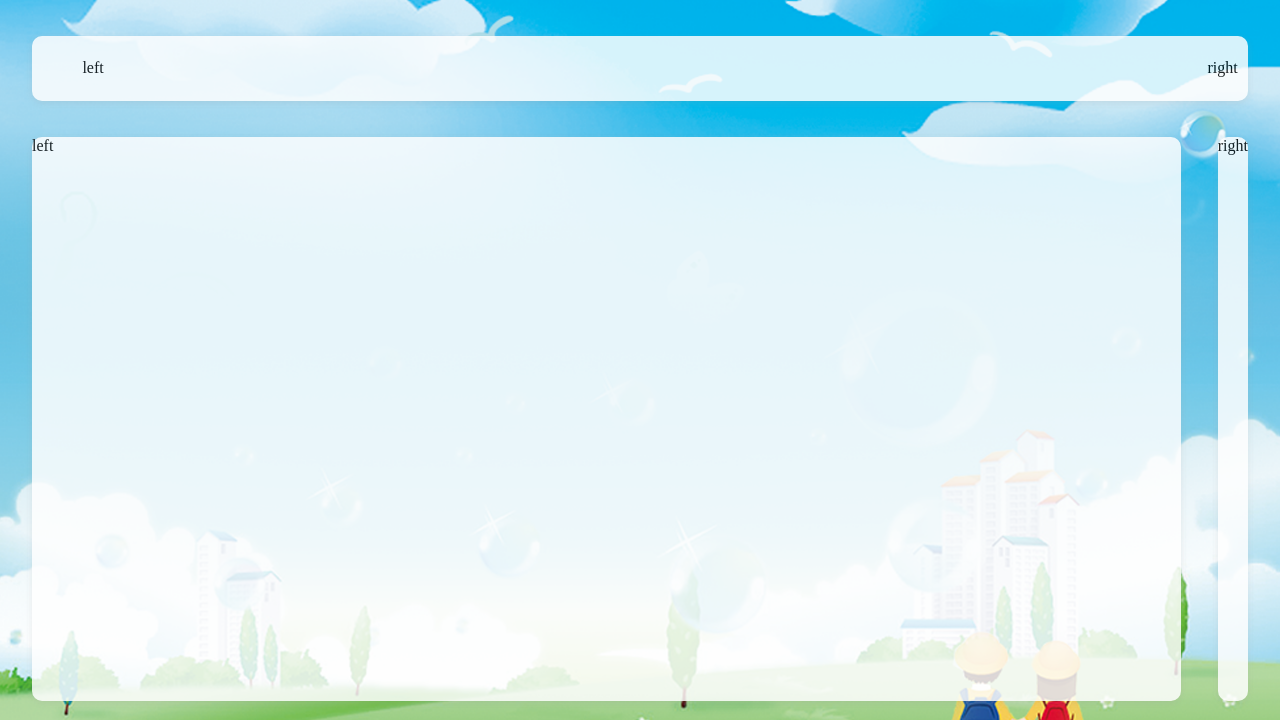
Repository: huangdesheng/classBrand
Page: / (app in classBrand/)
These files come from the project's save history. The page is drawn as it stood at one moment and after the next save; the edit follows.
The browser window is 1280 px wide. The pictures show the whole page.
The project was rebuilt for these pictures with package versions that can differ from the ones it lists, and the page was loaded fresh each time.

Above is the page before, as saved 2019-08-23 09:54:00.

### classBrand/index.html
<!DOCTYPE html>
<html>
  <head>
    <meta charset="utf-8">
    <meta name="viewport" content="width=device-width,initial-scale=1.0">
    <title>classbrand</title>
  </head>
  <body>
    <div id="app"></div>
    <!-- built files will be auto injected -->
  </body>
</html>

### classBrand/src/App.vue
<template>
  <div id="app">
    <router-view />
  </div>
</template>

<script>
export default {
  name: "App"
};
</script>

<style lang="less">
.bt {
  width: 100vw;
  height: 100vh;
  background: url(./assets/bg/bg.png);
  background-size: 100% 100%;
  background-repeat: no-repeat;
  background-position: center;
  position: fixed;
  left: 0;
  top: 0;
  display: flex;
  justify-content: center;
  align-items: center;
}
#app {
  .bt;
}
</style>

### classBrand/src/router/index.js
import Vue from 'vue'
import Router from 'vue-router'
import index from '@/views/index'

Vue.use(Router)

export default new Router({
  routes: [{
    path: '/',
    name: 'index',
    component: index
  }]
})

### classBrand/src/views/index/index.vue
<template>
  <div id="index">
    <header>
      <ul>
        <li>left</li>
        <li>right</li>
      </ul>
    </header>
    <section>
      <aside>left</aside>
      <aside>right</aside>
    </section>
  </div>
</template>

<script>
export default {};
</script>

<style lang="less" scoped>
.bt {
  background: rgba(255, 255, 255, 1);
  box-shadow: 0px 2px 7px 0px rgba(161, 157, 157, 0.23);
  opacity: 0.84;
  border-radius: 10px;
}
.flex {
  display: flex;
  justify-content: space-between;
  align-items: center;
}
#index {
  width: 95%;
  height: 90%;
  header {
    .bt;
    height: 10%;
    width: 100%;
    > ul {
      list-style: none;
      width: 95%;
      height: 100%;
      margin: 0 auto;
      display: flex;
      justify-content: space-between;
      align-items: center;
    }
  }
  section {
    .flex;
    width: 100%;
    margin-top: 3%;
    height: 87%;
    aside {
      .bt;
      height: 100%;

      &:nth-of-type(1) {
        width: 40%;
        margin-right: 3%;
      }
      &:nth-of-type(1) {
        flex: 1;
        margin-right: 3%;
      }
    }
  }
}
</style>

Loaded but not shown: classBrand/src/main.js (common file)

After the next save:
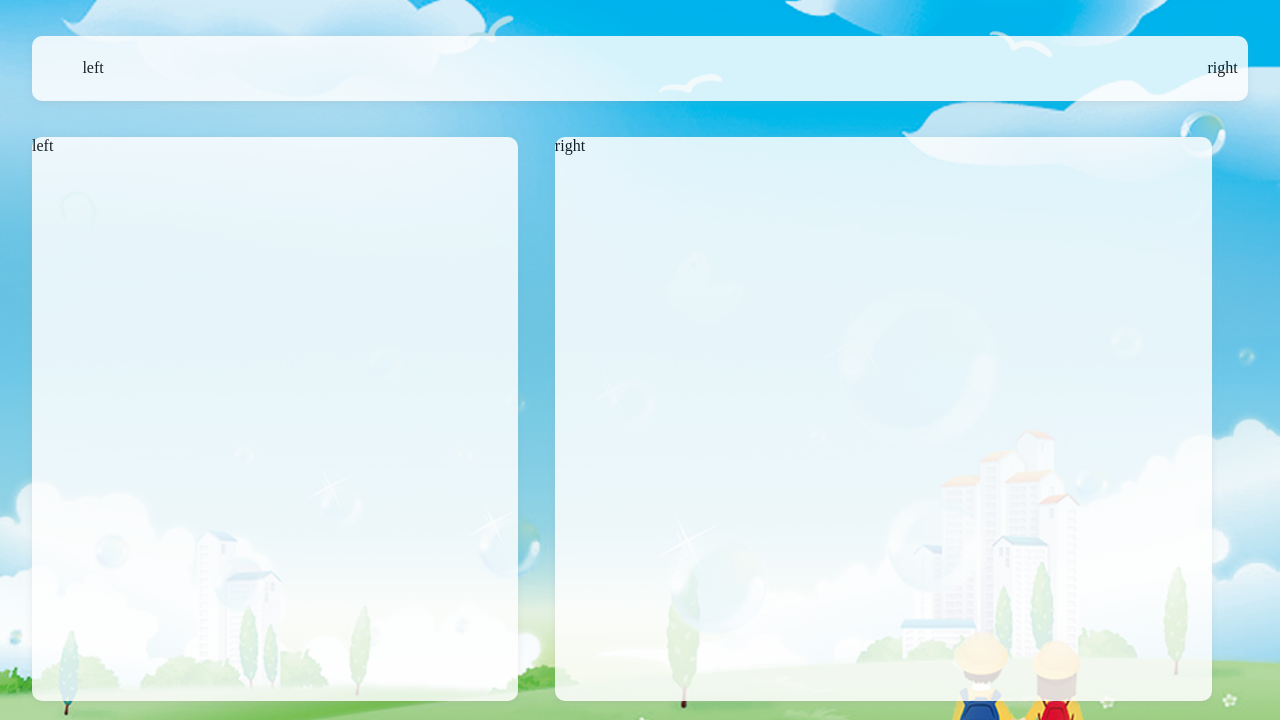
Saved 10 s later.
--- a/classBrand/src/views/index/index.vue
+++ b/classBrand/src/views/index/index.vue
@@ -59,7 +59,7 @@ export default {};
         width: 40%;
         margin-right: 3%;
       }
-      &:nth-of-type(1) {
+      &:nth-of-type(2) {
         flex: 1;
         margin-right: 3%;
       }
